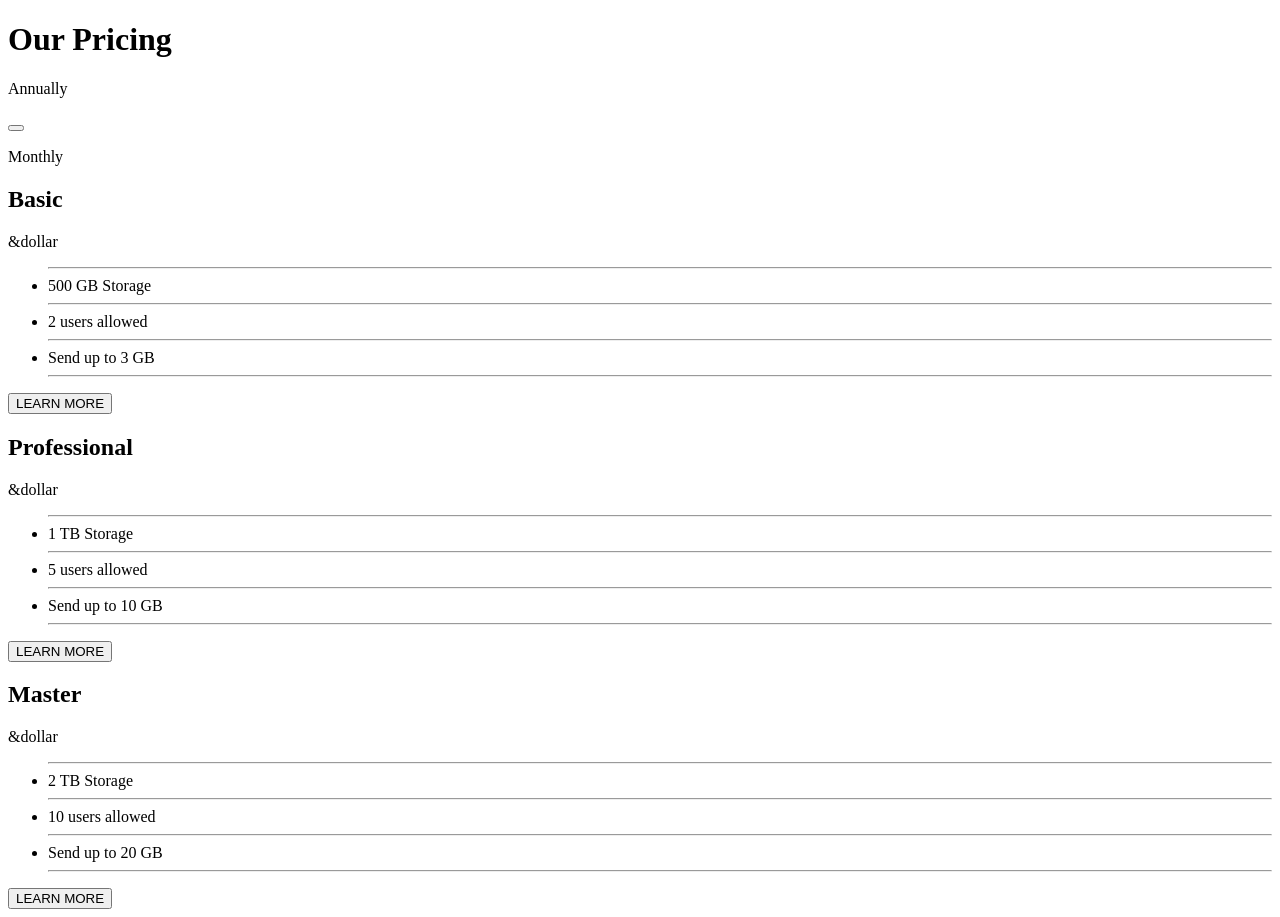
Repository: lah23500/Pricing-App
Page: Price landing page/index.html
The author's editor kept a copy of each file at every save. The page is drawn from the files as they stood at one save, then again after the next save.
The browser window is 1280 px wide. The pictures show the whole page.

Above is the page before, as saved 2024-01-19 14:25:05.

### Price landing page/index.html
<!DOCTYPE html>
<html lang="en">
  <head>
    <meta charset="UTF-8" />
    <meta name="viewport" content="width=device-width, initial-scale=1.0" />
    <title>Pricing Component with Toggle</title>
  </head>

  <body>
    <header>

      <h1>Our Pricing</h1>
      <nav>
        <p>Annually</p>
<button class="toggle-area monthly">
    <div class="toggle-btn"</div>
</button>
        <p>Monthly</p>
      </nav>
    </header>
    <main>
      <section class="pricing-container">
        <!-- Container 1 -->
          <article class="pricing container">
      <h2>Basic</h2>

      <p>&dollar</p>
      <ul>
        <hr />
        <li>500 GB Storage</li>
        <hr />
        <li>2 users allowed</li>
        <hr />
        <li>Send up to 3 GB</li>
        <hr />
      </ul>

      <button>LEARN MORE</button>
          </article>

      <!-- Container 2 -->
          <article class="pricing container">
      <h2>Professional</h2>

      <p>&dollar</p>
      <ul>
        <hr />
        <li>1 TB Storage</li>
        <hr />
        <li>5 users allowed</li>
        <hr />
        <li>Send up to 10 GB</li>
        <hr />
      </ul>
      <button>LEARN MORE</button>
          </article>

          <!-- Container 3 -->
          <article class="pricing container">
      <h2>Master</h2>

      <p>&dollar</p>
      <ul>
        <hr />
        <li>2 TB Storage</li>
        <hr />
        <li>10 users allowed</li>
        <hr />
        <li>Send up to 20 GB</li>
        <hr />
      </ul>
      <button>LEARN MORE</button>
          </article>
    </main>

    <script src="app.js"></script>
  </body>
</html>

Loaded but not shown: Price landing page/app.js (no stored copy; drawn as an empty file)

After the next save:
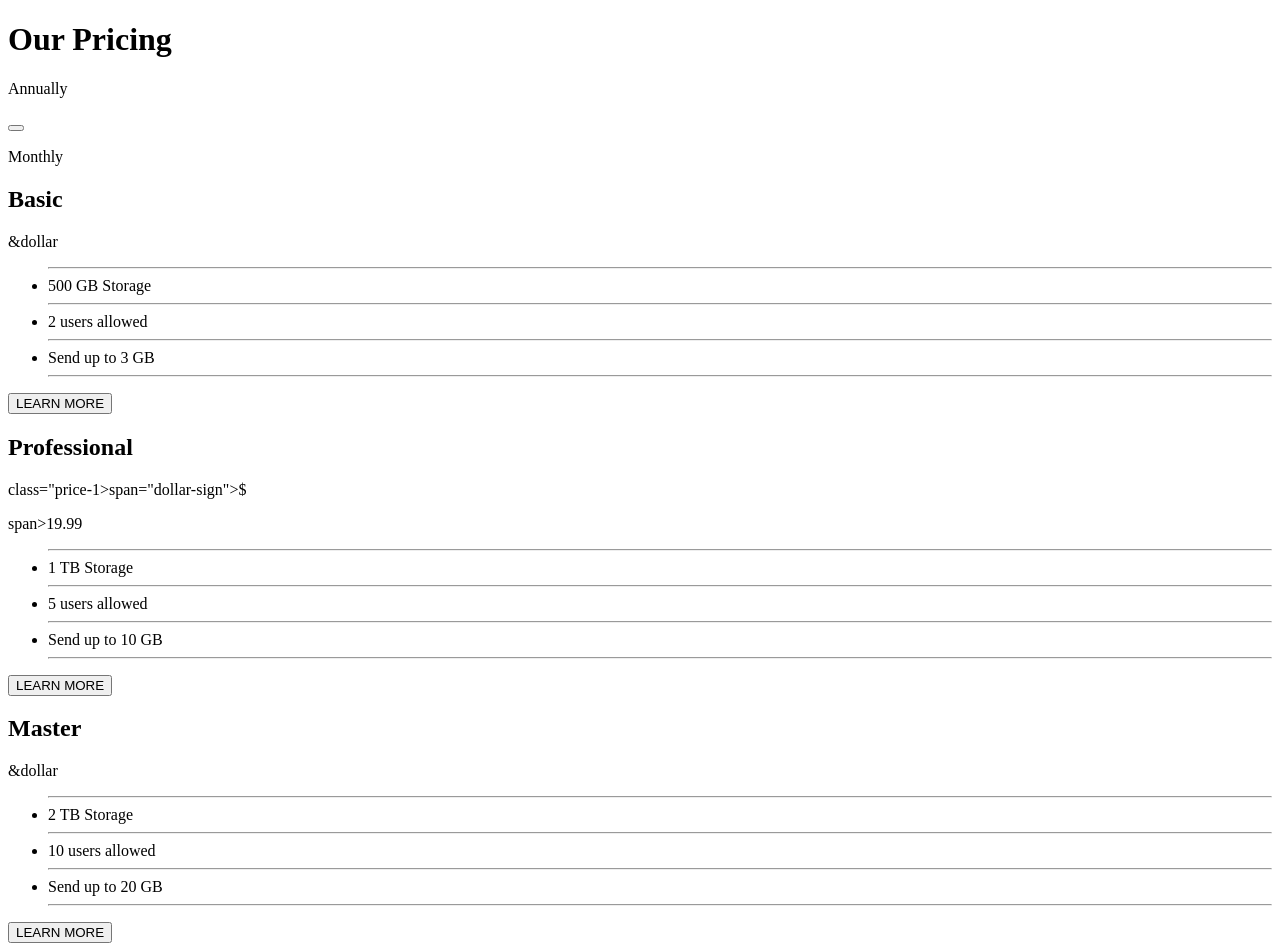
Saved 3 min 16 s later.
--- a/Price landing page/index.html
+++ b/Price landing page/index.html
@@ -42,7 +42,7 @@
           <article class="pricing container">
       <h2>Professional</h2>
 
-      <p>&dollar</p>
+      <p>class="price-1>span="dollar-sign">&dollar;</p>span>19.99</p>
       <ul>
         <hr />
         <li>1 TB Storage</li>
